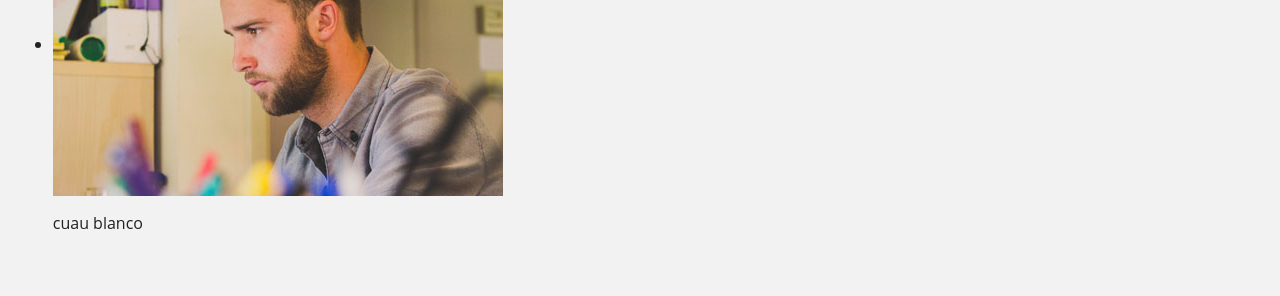
Repository: edgarhdzp/pagina-conferencias-reservaciones
Page: index.html
These files come from the project's save history. The page is drawn as it stood at one moment and after the next save; the edit follows.
The browser window is 1280 px wide. The pictures show the part of the page from y = 2433 to 3385 px (the page is 2729 px tall before and 3792 px after).

Above is the page before, as saved 2020-06-29 20:56:37.

### index.html
<!doctype html>
<html class="no-js" lang="">

<head>
    <meta charset="utf-8">
    <title>CONFERENCIAS</title>
    <meta name="description" content="">
    <meta name="viewport" content="width=device-width, initial-scale=1">

    <meta property="og:title" content="">
    <meta property="og:type" content="">
    <meta property="og:url" content="">
    <meta property="og:image" content="">

    <link rel="manifest" href="site.webmanifest">
    <link rel="apple-touch-icon" href="icon.png">
    <!-- Place favicon.ico in the root directory -->

    <link rel="stylesheet" href="css/normalize.css">
    <link rel="stylesheet" href="css/fontawesome.min.css">
    <link rel="stylesheet" href="css/all.min.css">
    <link rel="stylesheet" href="css/main.css">
    <link href="https://fonts.googleapis.com/css2?family=Oswald:wght@200&display=swap" rel="stylesheet">

    <meta name="theme-color" content="#fafafa">
</head>

<body>


    <header class="site-header">
        <div class="hero">
            <div class="contenido-header">
                <nav class="redes-sociales">
                    <a href="·"><i class="fab fa-facebook-f"></i></a>
                    <a href="·"><i class="fab fa-twitter"></i></a>
                    <a href="·"><i class="fab fa-youtube"></i></a>
                    <a href="·"><i class="fab fa-instagram"></i></a>
                </nav>
                <div class="informacion-evento">
                    <div class="clearfix">
                        <p class="fecha"><i class="far fa-calendar-minus"></i>10-12-Dic</p>
                        <p class="ciudad"><i class="fas fa-map-marker-alt"></i>San Miguel de Allende</p>
                    </div>
                    <h1 class="nombre-sitio">Congreso Dragón</h1>
                    <p class="slogan">La mejor conferencia de <span>Tecnologia e Innovacion</span></p>
                </div>
            </div>
        </div>
    </header>

    <div class="barra">
        <div class="contenedor clearfix">
            <div class="logo">
                <img src="img/itses.png" alt="logo gdlwebcamp">
            </div>

            <div class="menu-movil">
                <span></span>
                <span></span>
                <span></span>
                <span></span>
            </div>

            <nav class="menu-principal clearfix">
                <a href="#">Conferencia</a>
                <a href="#">Calendario</a>
                <a href="#">Invitados</a>
                <a href="#">Reservaciones</a>
            </nav>
        </div>
    </div>
    <section class="seccion contenedor">
        <h2>La mejor conferencia web en español</h2>
        <p>Lorem ipsum, dolor sit amet consectetur adipisicing elit. Incidunt eius aut accusantium veritatis, ut mollitia culpa? Impedit necessitatibus et magnam voluptatem, voluptate similique iste, numquam placeat, corporis expedita repudiandae officiis.</p>
    </section>

    <section class="programa">
        <div class="contenedor-video">
            <video autoplay loop poster="bg-talleres.jpg">
              <source src="video/video.mp4" type="video/mp4">
                <source src="video/video.webm" type="video/webm">
                  <source src="video/video.ogv" type="video/ogv">
            </video>
        </div>
        <div class="contenido-programa">
            <div class="contenedor">
                <div class="programa-evento">
                    <h2>programa del evento</h2>
                    <nav class="menu-programa">
                        <a href=""><i class="fas fa-code"></i> Talleres</a>
                        <a href=""><i class="fas fa-comments"></i> Conferencias</a>
                        <a href=""><i class="fas fa-university"></i> Seminarios</a>
                    </nav>

                    <div id="talleres" class="info-curso ocultar clearfix">
                        <div class="detalle-evento">
                            <h3>HTML CSS JS</h3>
                            <p><i class="fas fa-clock"></i>20:00 HRS</p>
                            <p><i class="fas fa-calendar-times"></i> 5 DE MAYO</p>
                            <p><i class="fas fa-user"></i>JUAN LUIS</p>
                        </div>
                        <div class="detalle-evento">
                            <h3>diseño reponsibo</h3>
                            <p><i class="fas fa-clock"></i>18:00 HRS</p>
                            <p><i class="fas fa-calendar-times"></i> 5 DE MAYO</p>
                            <p><i class="fas fa-user"></i>JUAN LUIS</p>
                        </div>
                        <a href="" class="button float-right">Ver todosfta</a>
                    </div>
                </div>
            </div>
        </div>
    </section>
    <section class="invitados contenedor seccion">
        <h2>nuestros invitados</h2>
        <ul class="lista-invitados clearfix">
            <li>
                <div class="invitado">
                    <img src="img/invitado1.jpg" alt="imagen invitado">
                    <p>cuau blanco</p>
                </div>
            </li>
        </ul>
    </section>

    <script src="js/vendor/modernizr-3.11.2.min.js">
    </script>
    <script src="js/plugins.js"></script>
    <script src="js/main.js"></script>

    <!-- Google Analytics: change UA-XXXXX-Y to be your site's ID. -->
    <script>
        window.ga = function() {
            ga.q.push(arguments)
        };
        ga.q = [];
        ga.l = +new Date;
        ga('create', 'UA-XXXXX-Y', 'auto');
        ga('set', 'anonymizeIp', true);
        ga('set', 'transport', 'beacon');
        ga('send', 'pageview')
    </script>
    <script src="https://www.google-analytics.com/analytics.js" async></script>
</body>


</html>

### css/main.css
html {
    color: #222;
    font-size: 1em;
    line-height: 1.4;
}


/*
 * Remove text-shadow in selection highlight:
 * https://twitter.com/miketaylr/status/12228805301
 *
 * Vendor-prefixed and regular ::selection selectors cannot be combined:
 * https://stackoverflow.com/a/16982510/7133471
 *
 * Customize the background color to match your design.
 */

 ::-moz-selection {
    background: #b3d4fc;
    text-shadow: none;
}

 ::selection {
    background: #b3d4fc;
    text-shadow: none;
}


/*
 * A better looking default horizontal rule
 */

hr {
    display: block;
    height: 1px;
    border: 0;
    border-top: 1px solid #ccc;
    margin: 1em 0;
    padding: 0;
}


/*
 * Remove the gap between audio, canvas, iframes,
 * images, videos and the bottom of their containers:
 * https://github.com/h5bp/html5-boilerplate/issues/440
 */

audio,
canvas,
iframe,
img,
svg,
video {
    vertical-align: middle;
}


/*
 * Remove default fieldset styles.
 */

fieldset {
    border: 0;
    margin: 0;
    padding: 0;
}


/*
 * Allow only vertical resizing of textareas.
 */

textarea {
    resize: vertical;
}


/* ==========================================================================
   Author's custom styles
   ========================================================================== */

html {
    box-sizing: border-box;
}

*,
*:before,
*:after {
    box-sizing: inherit;
}

body {
    background-color: #f2f2f2;
    font-family: 'Open Sans', sans-serif;
}

.contenedor {
    width: 98%;
    margin: 0 auto;
}


/*para modificar a una medida*/

@media only screen and(min-width:480px) {
    .contenedor {
        width: 95%;
    }
}

@media only screen and(min-width:760px) {
    .contenedor {
        width: 90%;
    }
}

@media only screen and(min-width:992px) {
    .contenedor {
        width: 90%;
        max-width: 1100px;
    }
}

h2 {
    font-family: 'Oswald', sans-serif;
    font-size: 2.4em;
    text-transform: uppercase;
    text-align: center;
}

h2::after {
    content: '';
    margin: 0 auto;
    background-image: url(../img/separador.png);
    height: 30px;
    width: 100px;
    display: block;
}

h3 {
    font-size: 1.8em;
    color: #fe4918;
    font-family: 'PT Sans', sans-serif;
    margin: 0;
}

.button {
    background-color: #fe4918;
    padding: 10px 40px;
    color: #ffffff;
    text-transform: uppercase;
    font-weight: bold;
    font-family: 'Oswald', sans-serif;
    text-decoration: none;
    font-size: 1em;
    margin-top: 20px;
    display: inline-block;
    transition: all .3s ease;
}

.button :hover {
    background-color: #e33000;
}

.float-right {
    float: right;
}

.seccion {
    padding: 30px 0;
}


/*header*/

div.hero {
    background-image: url(../img/sma.jpg);
    height: 100vh;
    background-position: top center;
    background-size: cover;
}

div.contenido-header {
    padding-top: 40px;
}

@media only screen and(min-width:768px) {
    div.contenido-header {
        padding-top: 10px;
    }
}

nav.redes-sociales {
    text-align: center;
}

nav.redes-sociales a {
    color: #ffffff;
    font-size: 2em;
    margin-right: 20px;
}


/*para editar el ultimo elemento unicamente*/

nav.redes-sociales a :last-child {
    margin-right: 0;
}

div.informacion-evento {
    text-align: center;
    color: #fff;
}

@media only screen and (min-width:768px) {
    div.informacion-evento {
        width: 70%;
        margin: 0 auto;
        margin-top: 50px;
    }
}

div.informacion-evento p {
    margin: 0;
    display: inline;
    font-size: 20px;
    /*para modificar a mayusculas*/
    text-transform: uppercase;
}

div.informacion-evento p i {
    color: #fe4918;
    font-size: 2.4rem;
}

p.fecha {
    float: left;
}

p.ciudad {
    float: right;
}

p.slogan {
    text-transform: none!important;
}

p.slogan span {
    font-weight: bold;
}

h1.nombre-sitio {
    font-family: 'PT Sans', sans-serif;
    text-transform: uppercase;
    font-size: 5.9vw;
}

@media only screen and (min-width:768px) {
    h1.nombre-sitio {
        font-size: 11.5vw;
        margin: 0;
        line-height: 1;
    }
}

div.barra {
    background-color: #353535;
    padding: 10px 0;
}

div.logo {
    width: 80%;
    float: left;
}

@media only screen and (min-width:768px) {
    div.logo {
        width: 33%;
    }
}

nav.menu-principal {
    display: none;
}


/*para el menu principal*/

nav.menu-principal a {
    font-family: 'Oswald', sans-serif;
    color: #ffffff;
    font-size: 1.3em;
    text-transform: uppercase;
    text-decoration: none;
    /*para dar el efecto al hover*/
    transition: all .6s ease;
    width: 100%;
    display: block;
    text-align: center;
}

nav.menu-principal a:hover {
    background-color: #fe4918;
}

nav.menu-principal a:last-child {
    border: 2px solid #fe4918;
    color: #fe4918;
}

nav.menu-principal a:last-child:hover {
    color: #ffffff;
}

@media only screen and (min-width:768px) {
    nav.menu-principal {
        width: 67%;
        float: right;
        text-align: right;
        display: block;
    }
}

nav.menu-principal a {
    padding: 10px 10px;
    margin-right: 10px;
    display: inline-block;
    width: auto;
    display: inline-block;
    text-align: center;
    margin: 0 10px 0 0;
}


/*menu movil*/

div.menu-movil {
    width: 60px;
    display: block;
    float: right;
    text-align: right;
    margin-top: 12px;
}

div.menu-movil:hover {
    cursor: pointer;
}

@media only screen and (min-width: 768px) {
    div.menu-movil {
        display: none;
    }
}

div.menu-movil span {
    height: 8px;
    margin-bottom: 6px;
    background-color: white;
    display: block;
}


/* talleres */

section.programa {
    position: relative;
}

div.contenedor-video {
    max-width: 100%;
    overflow-x: hidden;
}

div.contenido-programa {
    position: absolute;
    top: 0;
    left: 0;
    height: 100%;
    width: 100%;
}

div.programa-evento {
    background-color: rgba(255, 255, 255, .8);
    padding: 15px;
    margin-top: 80px;
}

@media only screen and (min-width:768px) {
    div.programa-evento {
        width: 70%;
    }
}

@media only screen and (min-width:992px) {
    div.programa-evento {
        width: 50%;
    }
}

nav.menu-programa {
    width: 100%;
    border-bottom: 1px solid #fe4918;
    padding-bottom: 10px;
}

@media only screen and (min-width:768px) {
    nav.menu-programa {
        display: table;
    }
}

nav.menu-programa a {
    display: block;
    text-align: center;
    color: black;
    text-decoration: none;
    font-family: 'Oswald', sans-serif;
    margin-bottom: 10px;
    font-size: 1.2em;
}

@media only screen and (min-width:768px) {
    nav.menu-programa a {
        display: table-cell;
    }
}

nav.menu-programa a i,
div.detalle-evento p i {
    color: #fe4918;
    font-size: 1.6em;
    margin-right: 10px;
}

div.detalle-evento {
    margin-top: 20px;
    border-bottom: 1px solid black;
    padding: 0 20px;
}

div.detalle-evento:nth-child(2) {
    border: none;
}

div.detalle-evento p {
    margin-bottom: 20px;
    font-size: 20px;
}


/* div.logo img {
    width: 100%;
} */


/* ==========================================================================
   Helper classes
   ========================================================================== */


/*
 * Hide visually and from screen readers
 */

.hidden,
[hidden] {
    display: none !important;
}


/*
 * Hide only visually, but have it available for screen readers:
 * https://snook.ca/archives/html_and_css/hiding-content-for-accessibility
 *
 * 1. For long content, line feeds are not interpreted as spaces and small width
 *    causes content to wrap 1 word per line:
 *    https://medium.com/@jessebeach/beware-smushed-off-screen-accessible-text-5952a4c2cbfe
 */

.sr-only {
    border: 0;
    clip: rect(0, 0, 0, 0);
    height: 1px;
    margin: -1px;
    overflow: hidden;
    padding: 0;
    position: absolute;
    white-space: nowrap;
    width: 1px;
    /* 1 */
}


/*
 * Extends the .sr-only class to allow the element
 * to be focusable when navigated to via the keyboard:
 * https://www.drupal.org/node/897638
 */

.sr-only.focusable:active,
.sr-only.focusable:focus {
    clip: auto;
    height: auto;
    margin: 0;
    overflow: visible;
    position: static;
    white-space: inherit;
    width: auto;
}


/*
 * Hide visually and from screen readers, but maintain layout
 */

.invisible {
    visibility: hidden;
}


/*
 * Clearfix: contain floats
 *
 * For modern browsers
 * 1. The space content is one way to avoid an Opera bug when the
 *    `contenteditable` attribute is included anywhere else in the document.
 *    Otherwise it causes space to appear at the top and bottom of elements
 *    that receive the `clearfix` class.
 * 2. The use of `table` rather than `block` is only necessary if using
 *    `:before` to contain the top-margins of child elements.
 */

.clearfix::before,
.clearfix::after {
    content: " ";
    display: table;
}

.clearfix::after {
    clear: both;
}


/* ==========================================================================
   EXAMPLE Media Queries for Responsive Design.
   These examples override the primary ('mobile first') styles.
   Modify as content requires.
   ========================================================================== */

@media only screen and (min-width: 35em) {
    /* Style adjustments for viewports that meet the condition */
}

@media print,
(-webkit-min-device-pixel-ratio: 1.25),
(min-resolution: 1.25dppx),
(min-resolution: 120dpi) {
    /* Style adjustments for high resolution devices */
}


/* ==========================================================================
   Print styles.
   Inlined to avoid the additional HTTP request:
   https://www.phpied.com/delay-loading-your-print-css/
   ========================================================================== */

@media print {
    *,
    *::before,
    *::after {
        background: #fff !important;
        color: #000 !important;
        /* Black prints faster */
        box-shadow: none !important;
        text-shadow: none !important;
    }
    a,
    a:visited {
        text-decoration: underline;
    }
    a[href]::after {
        content: " (" attr(href) ")";
    }
    abbr[title]::after {
        content: " (" attr(title) ")";
    }
    /*
   * Don't show links that are fragment identifiers,
   * or use the `javascript:` pseudo protocol
   */
    a[href^="#"]::after,
    a[href^="javascript:"]::after {
        content: "";
    }
    pre {
        white-space: pre-wrap !important;
    }
    pre,
    blockquote {
        border: 1px solid #999;
        page-break-inside: avoid;
    }
    /*
   * Printing Tables:
   * https://web.archive.org/web/20180815150934/http://css-discuss.incutio.com/wiki/Printing_Tables
   */
    thead {
        display: table-header-group;
    }
    tr,
    img {
        page-break-inside: avoid;
    }
    p,
    h2,
    h3 {
        orphans: 3;
        widows: 3;
    }
    h2,
    h3 {
        page-break-after: avoid;
    }
}

### js/plugins.js
// Avoid `console` errors in browsers that lack a console.
(function() {
  var method;
  var noop = function () {};
  var methods = [
    'assert', 'clear', 'count', 'debug', 'dir', 'dirxml', 'error',
    'exception', 'group', 'groupCollapsed', 'groupEnd', 'info', 'log',
    'markTimeline', 'profile', 'profileEnd', 'table', 'time', 'timeEnd',
    'timeline', 'timelineEnd', 'timeStamp', 'trace', 'warn'
  ];
  var length = methods.length;
  var console = (window.console = window.console || {});

  while (length--) {
    method = methods[length];

    // Only stub undefined methods.
    if (!console[method]) {
      console[method] = noop;
    }
  }
}());

// Place any jQuery/helper plugins in here.

Loaded but not shown: css/normalize.css (library); css/fontawesome.min.css (library); css/all.min.css (library); js/vendor/modernizr-3.11.2.min.js (library); js/main.js (no stored copy; drawn as an empty file)

After the next save:
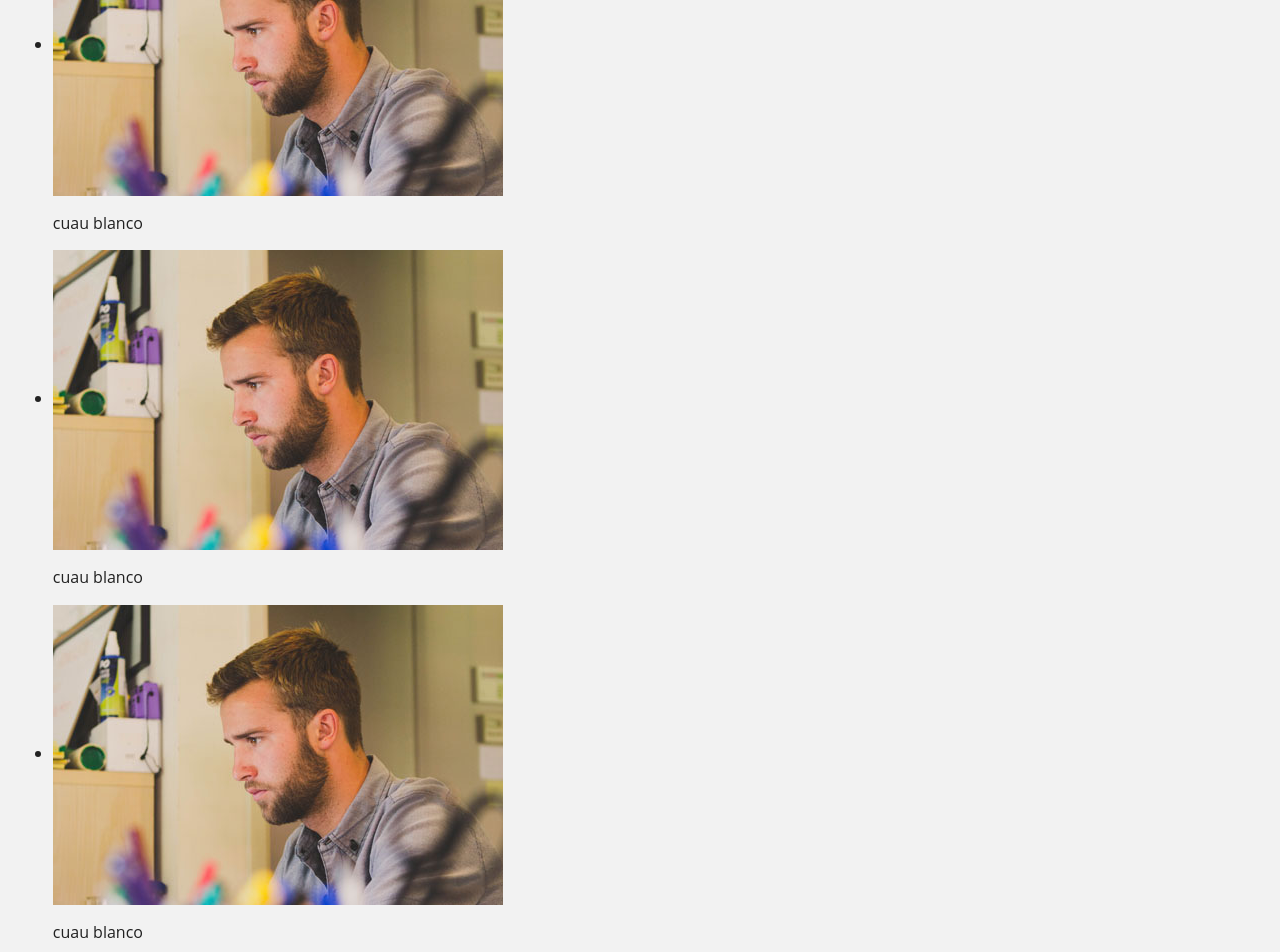
Saved 113 s later.
--- a/index.html
+++ b/index.html
@@ -121,6 +121,24 @@
                     <p>cuau blanco</p>
                 </div>
             </li>
+            <li>
+                <div class="invitado">
+                    <img src="img/invitado1.jpg" alt="imagen invitado">
+                    <p>cuau blanco</p>
+                </div>
+            </li>
+            <li>
+                <div class="invitado">
+                    <img src="img/invitado1.jpg" alt="imagen invitado">
+                    <p>cuau blanco</p>
+                </div>
+            </li>
+            <li>
+                <div class="invitado">
+                    <img src="img/invitado1.jpg" alt="imagen invitado">
+                    <p>cuau blanco</p>
+                </div>
+            </li>
         </ul>
     </section>
 
